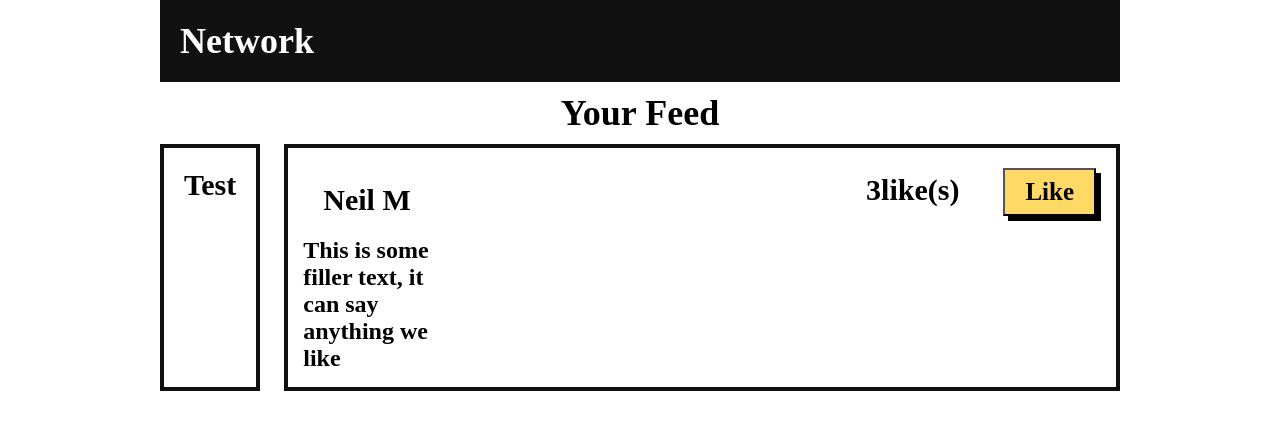
Repository: Blender20/liking_likes
Page: index.html
An editor plug-in stored every save of this project. The page is shown before and after the next save, followed by the edit.
The browser window is 1280 px wide. The pictures show the whole page.
Some web fonts or font styles are not loaded; a fallback is used.

Above is the page before, as saved 2022-03-29 23:25:06.

### index.html
<!DOCTYPE html>
<html lang="en">

<head>
  <meta charset="UTF-8">
  <meta http-equiv="X-UA-Compatible" content="IE=edge">
  <meta name="viewport" content="width=device-width, initial-scale=1.0">
  <link rel="stylesheet" href="style.css">
  <title>Document</title>
</head>

<body>
  <nav>
    <h1>Network</h1>
  </nav>
  <div class="feed">
    <h1>Your Feed</h1>
  </div>
  <div class="container flex">
    <div class="leftColumn">
      <h3>Test</h2>
    </div>
    <div class="rightColumn flex">
      <div class="user">
        <h3>Neil M</h3>
        <h2>This is some filler text, it can say anything we like</h2>
      </div>
      <div class="right"></div>
      <div class="rightBottom">
        <h3><span id="likeCount">3</span> like(s)</h3>
        <button onclick="addLike()" id="like">Like</button>

      </div>
    </div>
  </div>
  </div>
  </div>
  <script src="script.js"></script>
</body>

</html>

### style.css
@import url('https://fonts.googleapis.com/css2?family=Balsamiq+Sans:ital,wght@0,400;0,700;1,700&display=swap');
  *{
  padding: 0;
  margin: 0;
  box-sizing: border-box;
  font-family: 'Balsamiq Sans', cursive;
}

.flex {
  display: flex;
  justify-content: space-between;
  align-self: center;
  gap:1.5em;
}
nav{
  min-height: 70px;
  background-color: #111;
  display: block;
  width: 75%;
  margin: 0 auto;

  color: #fff;
  font-family: "balsamiq Sans";
  padding: 10px
}
.container {
  margin: 0 auto;
  width: 75%
}

 .leftColumn{
  border: 4px solid #111;
  margin-top: 50px;

  flex:1;
  margin: 0 auto;
 }

.rightColumn {
  border: 4px solid #111;
  margin-top: 50px;
  /* width:550px; */
  /* flex:2; */
  margin: 0 auto;
}
.user{
  padding: 15px ;
  flex:1;
  min-height:50px
  margin: auto 0;
}
.right {
  flex: 2;
  justify-self: space-between;
}
.rightBottom {
min-height: 50px
}

h1 {

  font-size: 36px;
  padding: 10px;
}
.feed {
  text-align: center;
  justify-content: center;
}
h3 {
  padding: 20px;
  font-size: 30px;
  display:inline-flex


}
#like {
  background-color: #FFD966;
  padding: 8px 20px;
  margin: 20px;
  font-weight: 900;
  font-size: 25px;
  box-shadow: 5px 5px;
  align-self: end;
}

### script.js
var likeCount = document.querySelector('#likeCount')
console.log(likeCount)
function addLike() {

  likeCount.innerText++;

}

After the next save:
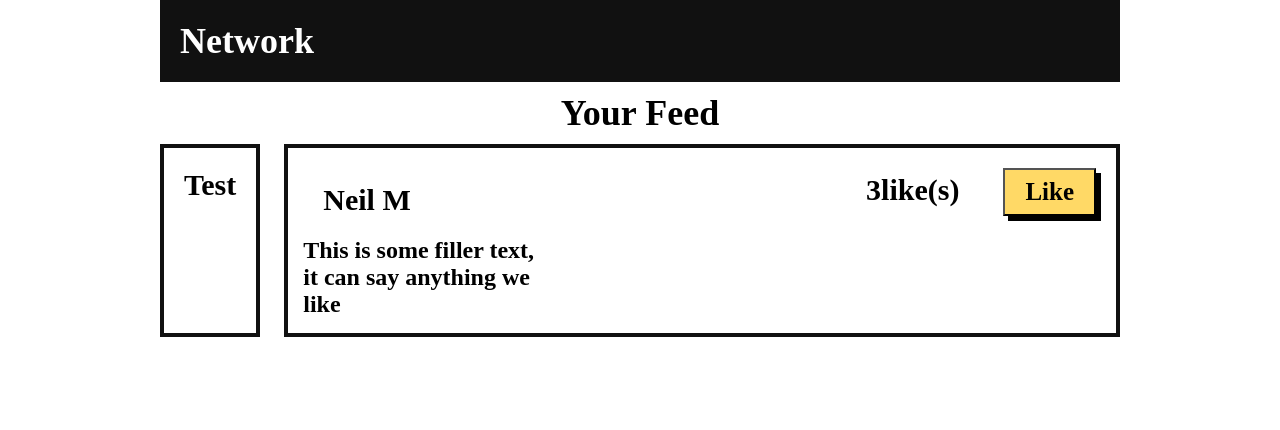
Saved 7 s later.
--- a/style.css
+++ b/style.css
@@ -50,7 +50,7 @@ nav{
   margin: auto 0;
 }
 .right {
-  flex: 2;
+  flex: 1;
   justify-self: space-between;
 }
 .rightBottom {
